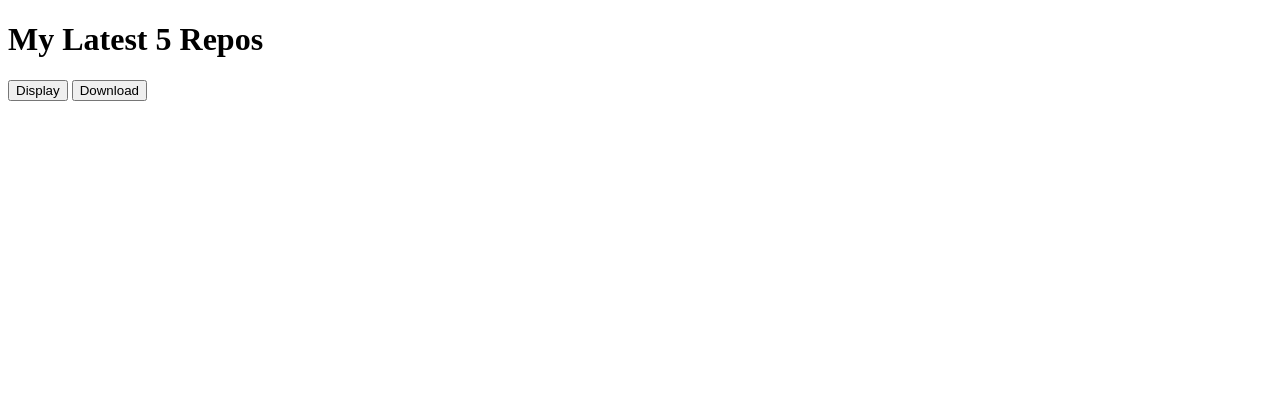
Repository: cod-lab/try
Page: c.html
The author's editor kept a copy of each file at every save. The page is drawn from the files as they stood at one save, then again after the next save.
The browser window is 1280 px wide. The pictures show the whole page.
The page's requests for data from a server got no answer.

Above is the page before, as saved 2020-08-13 00:18:51.

### c.html
<!DOCTYPE html>
<html lang="en">
<head>
    <meta charset="UTF-8">
    <meta name="viewport" content="width=device-width, initial-scale=1.0">
    <title>github</title>

    <style type="text/css">
        a:link {
            text-decoration: none;
            font-family: consolas;
            font-size: 15px;
            font-style: italic;
            font-weight: bold;
            color: orange;
        }
        a:hover {
            border-bottom: 1px solid black;
        }
        a:active {
            color: grey;
        }
        a:visited {     /* after link has been opened once */
            color: orange;
        }
    </style>

</head>
<body>
    <h1>My Latest 5 Repos</h1>
    <div id='divResult'></div>

    <button type="button" id="btnDisplay">Display</button>
    <button type="button" id="btnDownload">Download</button>

    <script type="text/javascript" src="myscript.js"></script>



















    <!--
    <br><br>
    <div class="embed-responsive embed-responsive-1by1">
        <iframe class="embed-responsive-item" src="https://uknoit.github.io/try_readme/"></iframe>
    </div> -->
</body>
</html>

### myscript.js
// const btnGetLatestRepos = document.getElementById('btnGetLatestRepos');
// btnGetLatestRepos.addEventListener('mouseover', get5Repos);

window.addEventListener('load',get5Repos);

const divResult = document.getElementById('divResult');

async function get5Repos() {
    // clear();

    const url = "https://api.github.com/users/cod-lab/repos?sort=created";     // get my repos in desc order they created
    const response = await fetch(url);
    const result = await response.json();

    // console.log(result)
    // result.forEach(i=> {

    var j=-1;
    for(var i in result) {
        if(result[i].fork == false)
        {
            var li = document.createElement('li');
            var a = li.appendChild(document.createElement('a'));

            // const anchor = document.createElement('a')
            a.href = result[i].html_url;
            a.textContent = result[i].full_name.replace('cod-lab/','');
            // a.textContent.fontcolor('red');

            // anchor.classList.add("cls1")

            // divResult.appendChild(anchor)
            // divResult.appendChild(document.createElement('br'))
            divResult.appendChild(li);

            ++j;
        }
        if(j==4) break;
    }
}

// async function clear() {              // clear earlier result before printing new
//     while(divResult.firstChild)
//         divResult.removeChild(divResult.firstChild);
// }

console.log('this is js file');

After the next save:
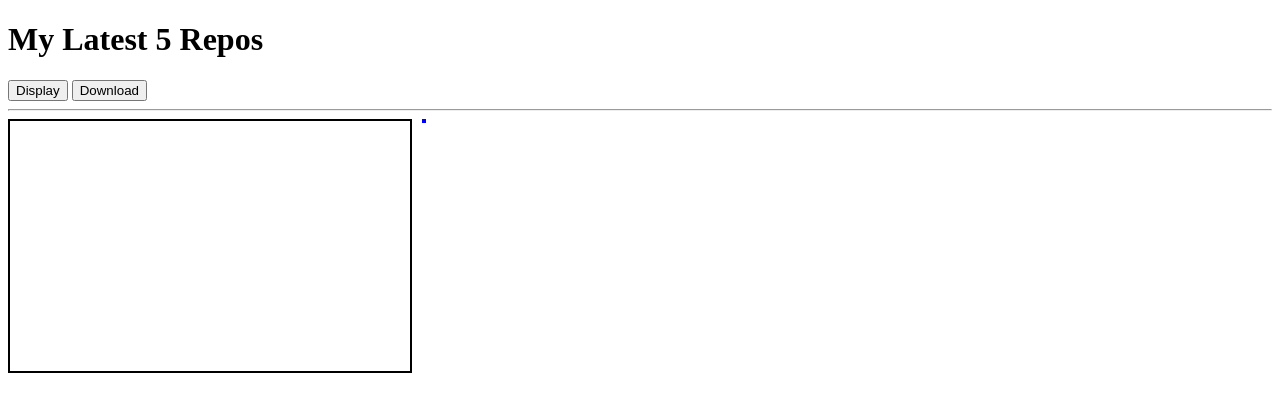
Saved 3 min 39 s later.
--- a/c.html
+++ b/c.html
@@ -32,6 +32,10 @@
 
     <button type="button" id="btnDisplay">Display</button>
     <button type="button" id="btnDownload">Download</button>
+    <hr>
+    <canvas id="myCanvas" width="400" height="250" style="border: 2px solid #000; float: left;"></canvas>
+
+    <img src="" id="imgConverted" style="float:left; border: 2px solid #00f; margin-left: 10px;" >
 
     <script type="text/javascript" src="myscript.js"></script>
 
